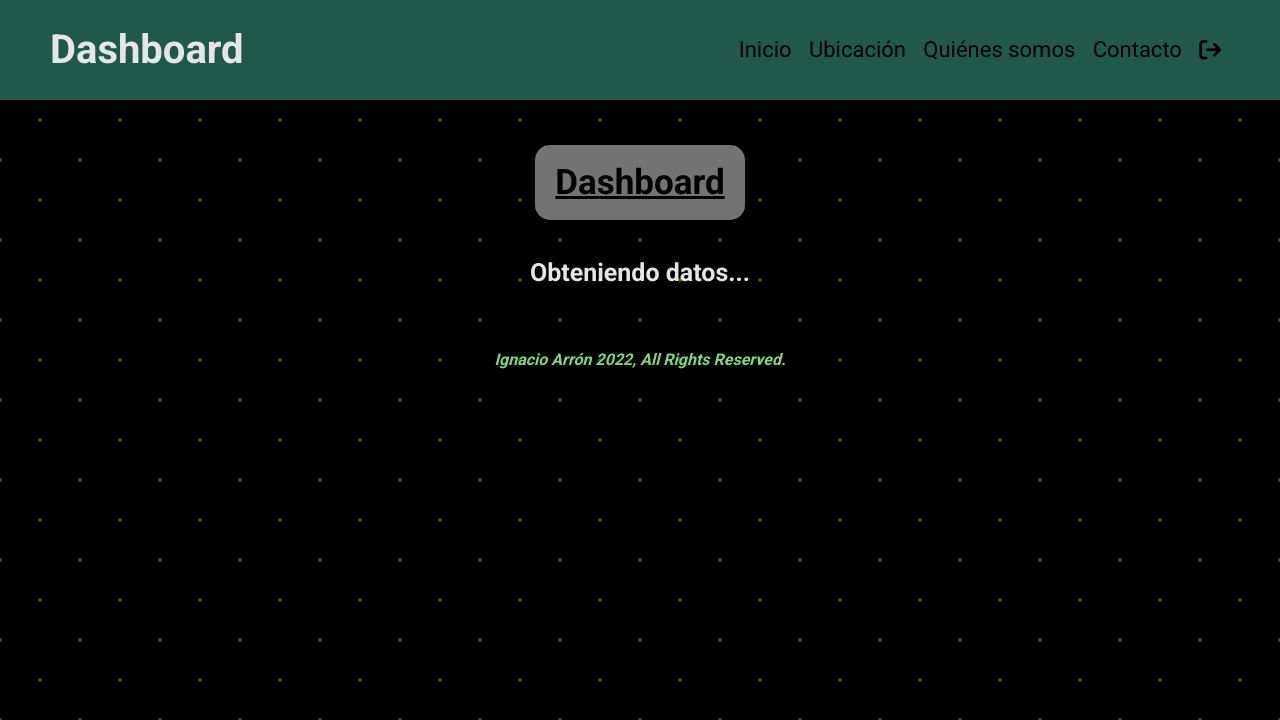
Repository: Divineridh/lppa-parcial2
Page: dashboard.html
An editor plug-in stored every save of this project. The page is shown before and after the next save, followed by the edit.
The browser window is 1280 px wide. The pictures show the whole page.
The page's requests for data from a server got no answer. Some web libraries are served in a nearby version.

Above is the page before, as saved 2022-07-04 20:54:49.

After the next save:
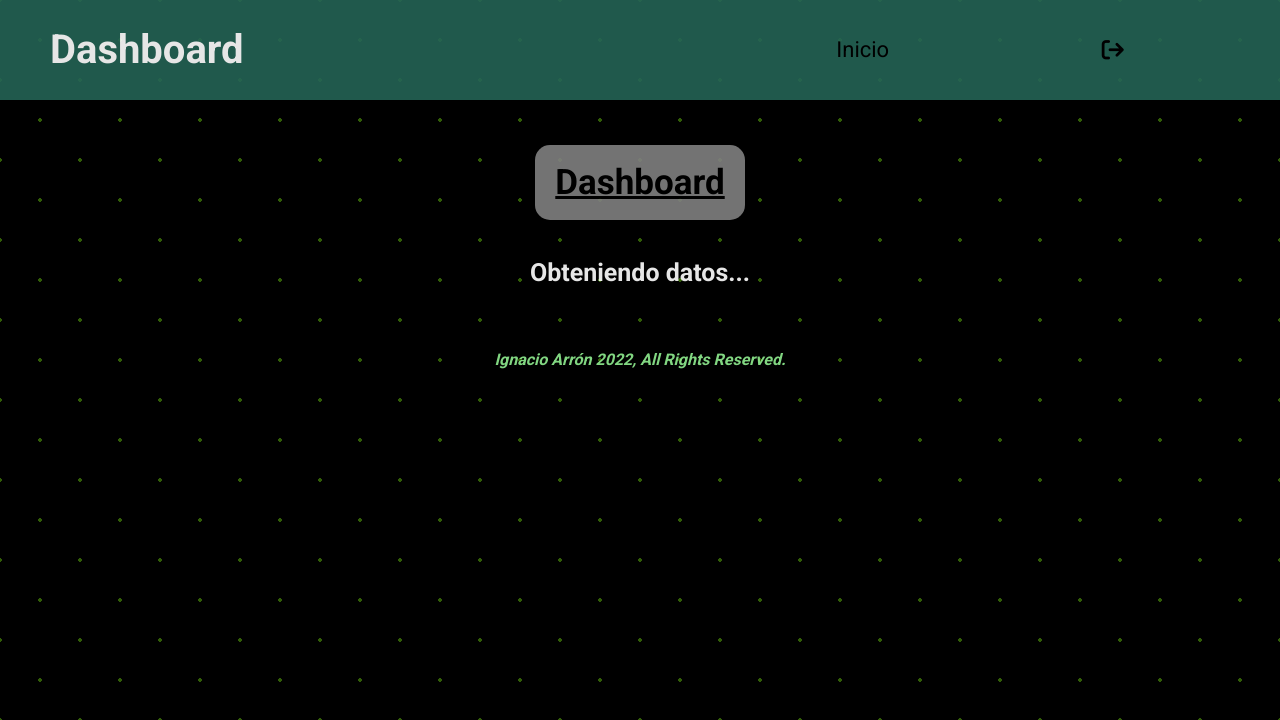
Saved 3 min 13 s later.
--- a/dashboard.html
+++ b/dashboard.html
@@ -6,9 +6,9 @@
     <meta name="viewport" content="width=device-width, initial-scale=1.0">
     <link rel="stylesheet" href="styles/reset.css">
     <link rel="stylesheet" href="styles/style.css">
-    <link rel="stylesheet" href="/styles/dashboard.css">
+    <link rel="stylesheet" href="styles/dashboard.css">
     <link rel="shortcut icon" href="images/favicon.ico" type="image/x-icon">
-    <script src="/scripts/dashboard.js"></script>
+    <script src="scripts/dashboard.js"></script>
     <script src="https://kit.fontawesome.com/1fd347d60f.js" crossorigin="anonymous"></script>
     <title>Dashboard</title>
 </head>
@@ -17,9 +17,6 @@
         <h1>Dashboard</h1>
         <nav>
             <a href="#" target="_blank">Inicio</a>
-            <a href="#" target="_blank">Ubicación</a>
-            <a href="#" target="_blank">Quiénes somos</a>
-            <a href="#" target="_blank">Contacto</a>
             <i id="logout" class="fa-solid fa-arrow-right-from-bracket"></i>
         </nav>
     </header>

After the save that followed:
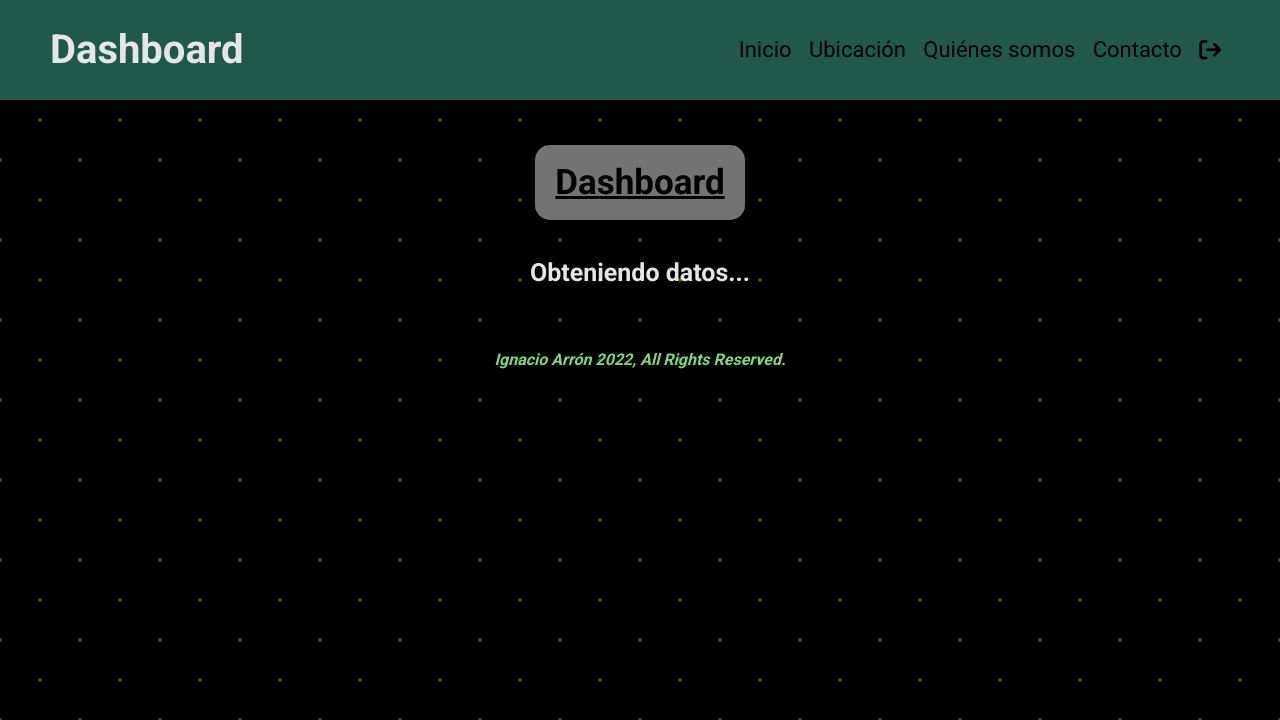
Saved 20 s later.
--- a/dashboard.html
+++ b/dashboard.html
@@ -17,6 +17,9 @@
         <h1>Dashboard</h1>
         <nav>
             <a href="#" target="_blank">Inicio</a>
+            <a href="#" target="_blank">Ubicación</a>
+            <a href="#" target="_blank">Quiénes somos</a>
+            <a href="#" target="_blank">Contacto</a>
             <i id="logout" class="fa-solid fa-arrow-right-from-bracket"></i>
         </nav>
     </header>
